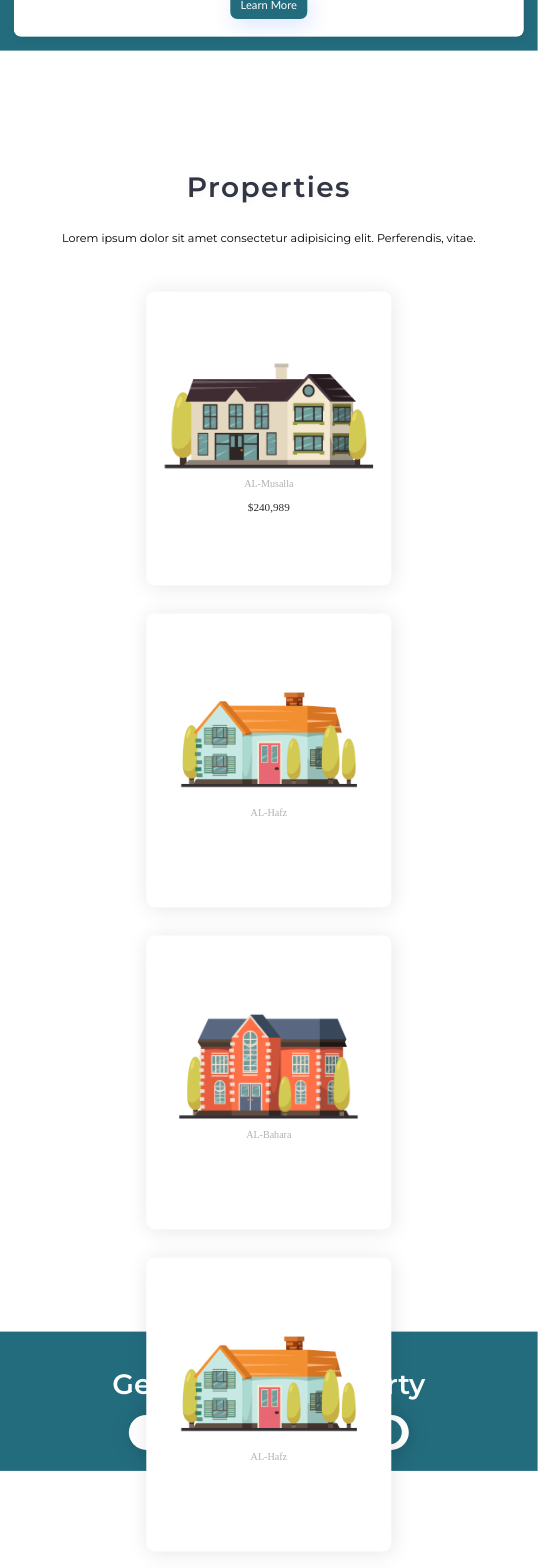
Repository: gabe126679/Mikes-site
Page: /
The author's editor kept a copy of each file at every save. The page is drawn from the files as they stood at one save, then again after the next save.
The browser window is 768 px wide. The pictures show the part of the page from y = 2566 to 4806 px (the page is 5262 px tall before and 6192 px after), at 70% of full size.
Some web libraries are served in a nearby version. The project was rebuilt for these pictures with package versions that can differ from the ones it lists, and the page was loaded fresh each time.

Above is the page before, as saved 2022-04-19 10:23:07.

After the next save:
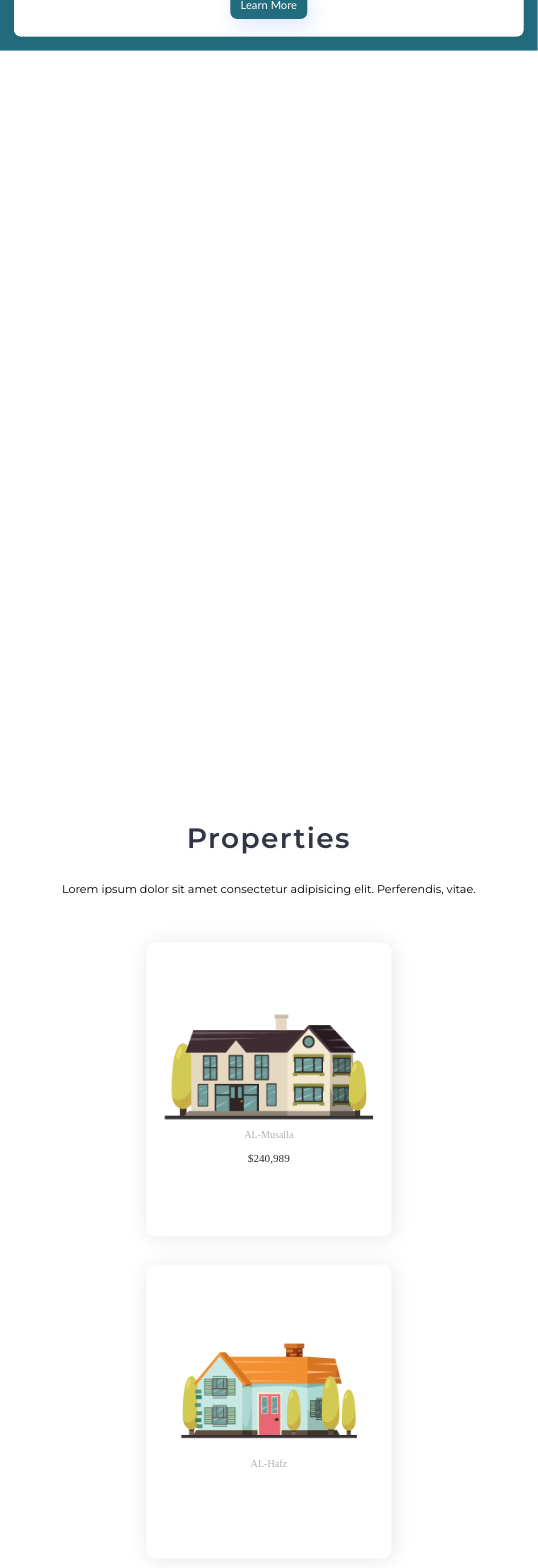
Saved 81 s later.
--- a/src/index.css
+++ b/src/index.css
@@ -533,7 +533,7 @@
     padding:40px 20px;
     position: relative;
     border-radius: 10px;
-    margin-top: 70px;
+    margin-top: 1000px;
   }
   .contact{
     margin-top: 1000px;

After the save that followed:
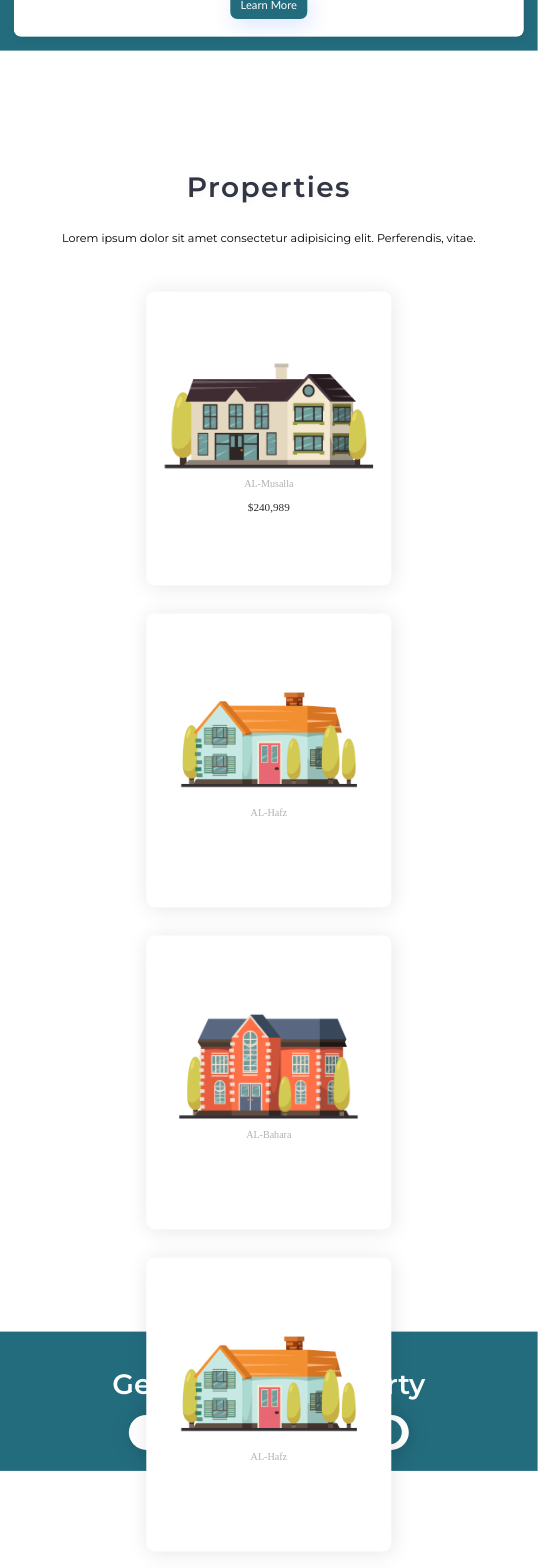
Saved 36 s later.
--- a/src/index.css
+++ b/src/index.css
@@ -533,7 +533,7 @@
     padding:40px 20px;
     position: relative;
     border-radius: 10px;
-    margin-top: 1000px;
+    margin-top: 70px;
   }
   .contact{
     margin-top: 1000px;
